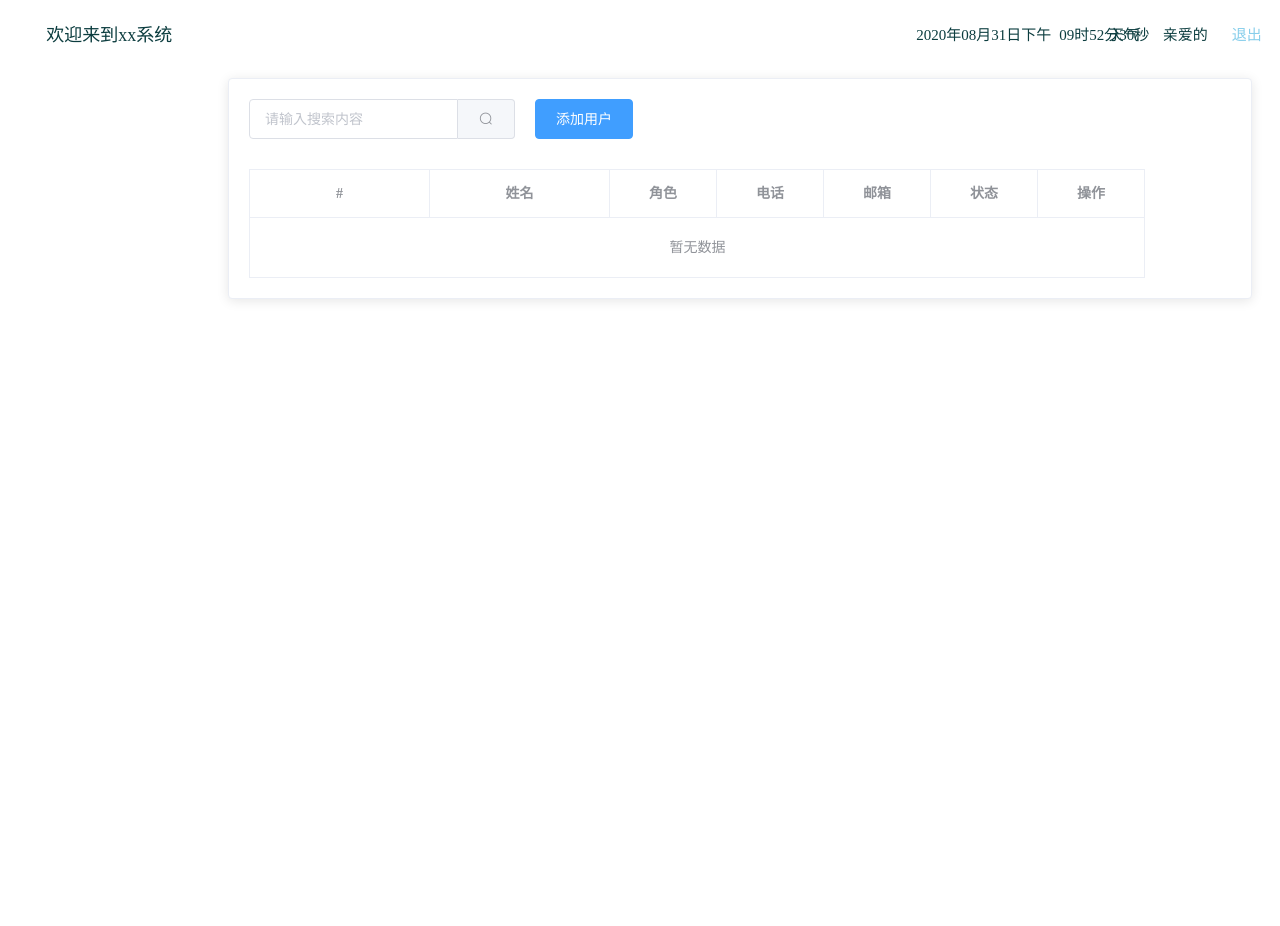
Repository: 2510699771/background-system
Page: /users/users
The author's editor kept a copy of each file at every save. The page is drawn from the files as they stood at one save, then again after the next save.
The browser window is 1280 px wide. The pictures show the whole page.
The page's requests for data from a server got no answer. The project was rebuilt for these pictures with package versions that can differ from the ones it lists, and the page was loaded fresh each time. No one was signed in, and anything a server would have sent is missing. Also part of the build but not shown: vue.config.js, src/views/Home.vue.

Above is the page before, as saved 2020-08-31 21:55:49.

After the next save:
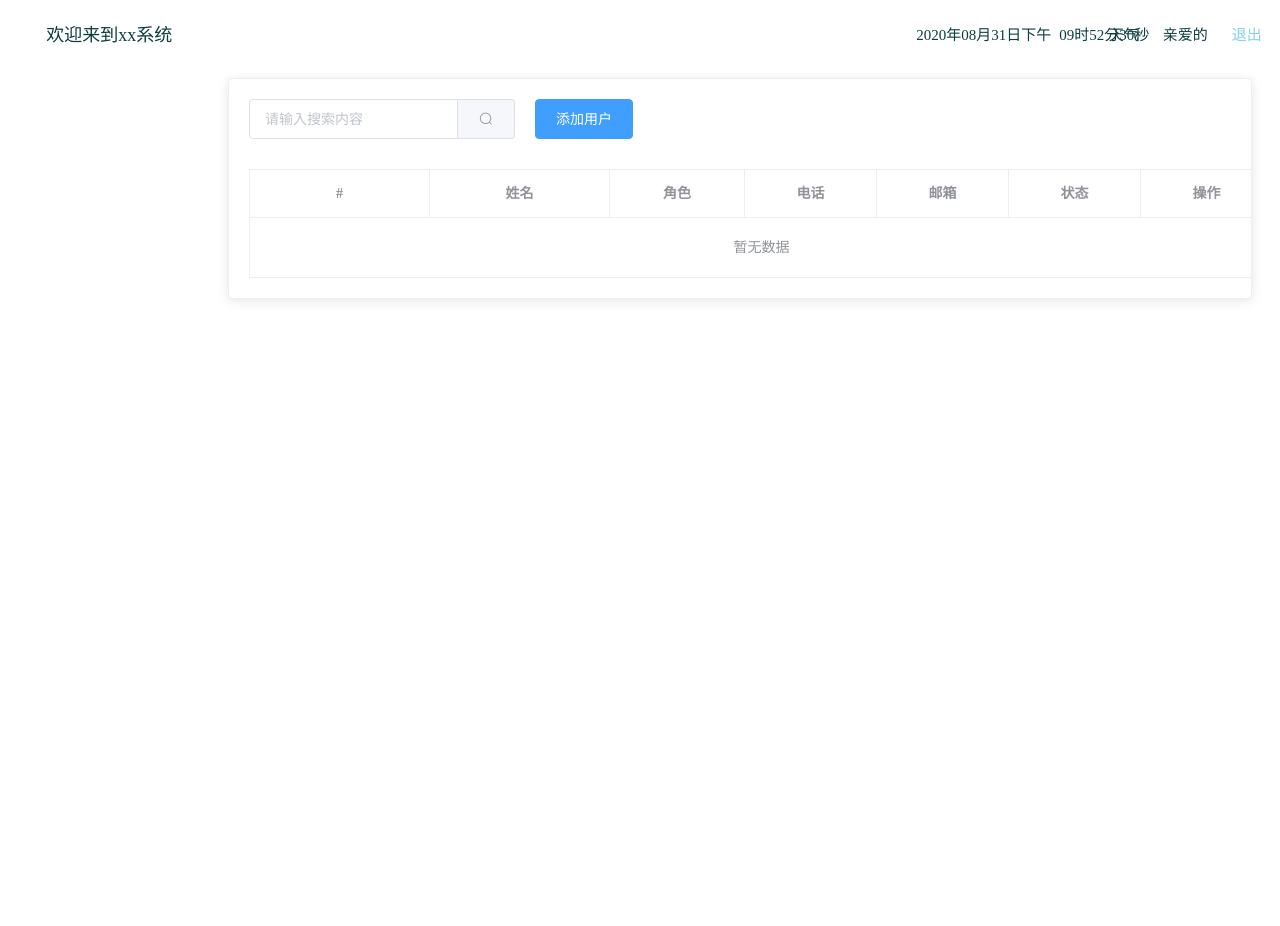
Saved 6 s later.
--- a/src/views/UserList/UserList.vue
+++ b/src/views/UserList/UserList.vue
@@ -7,7 +7,7 @@
         </el-input>
         <el-button type="primary" style="margin-left:20px">添加用户</el-button>
       </div>
-      <div style="width:70vw;margin-top:30px">
+      <div style="width:80vw;margin-top:30px">
         <el-table :data="userslist" border style="width: 100%" stripe>
           <el-table-column prop="date" label="#" width="180" type="index" align="center"></el-table-column>
           <el-table-column prop="username" label="姓名" width="180" align="center"></el-table-column>
